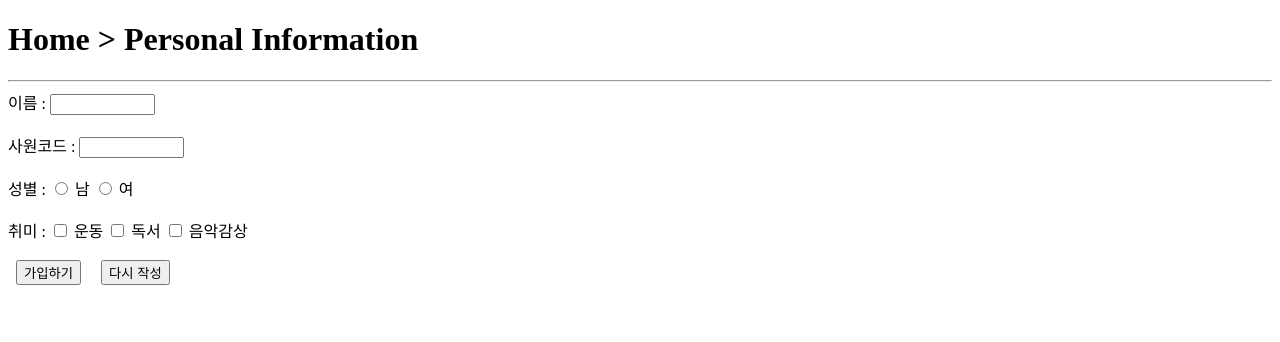
Repository: parkgyutaee/My_JAVA_Project
Page: http://localhost/JSPStudy/form_input.jsp
An editor plug-in stored every save of this project. The page is shown before and after the next save, followed by the edit.
The browser window is 1280 px wide. The pictures show the whole page.
The page is served by Tomcat 10.

Above is the page before, as saved 2025-07-10 01:41:00.

After the next save:
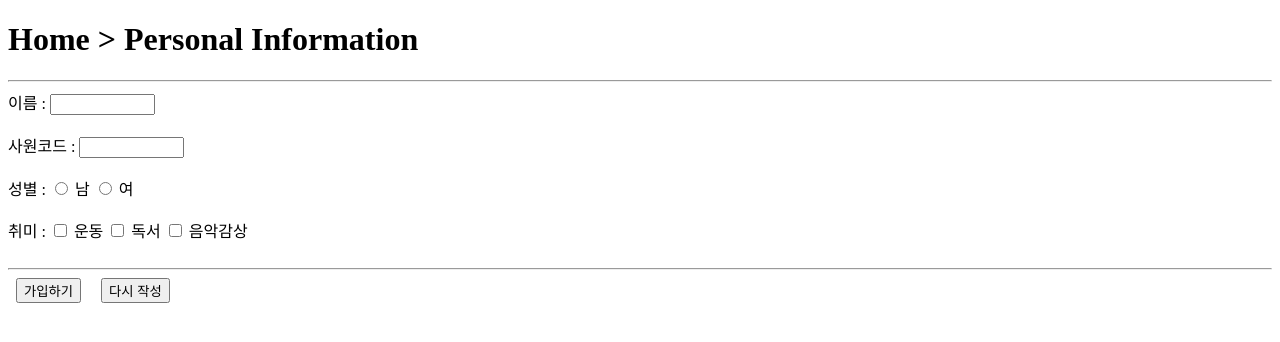
Saved 17 s later.
--- a/Workspace/JSPStudy/src/main/webapp/form_input.jsp
+++ b/Workspace/JSPStudy/src/main/webapp/form_input.jsp
@@ -22,7 +22,7 @@
 		<input type = "checkbox"  name = "hobby1" > 운동
 		<input type = "checkbox"  name = "hobby2" > 독서
 		<input type = "checkbox"  name = "hobby3" > 음악감상 <br><br>
-		</hr>
+		<hr/>
 		&nbsp; <input type = "submit" value ="가입하기">
 		&nbsp; &nbsp; <input type = "reset" value="다시 작성">
 	</form>
